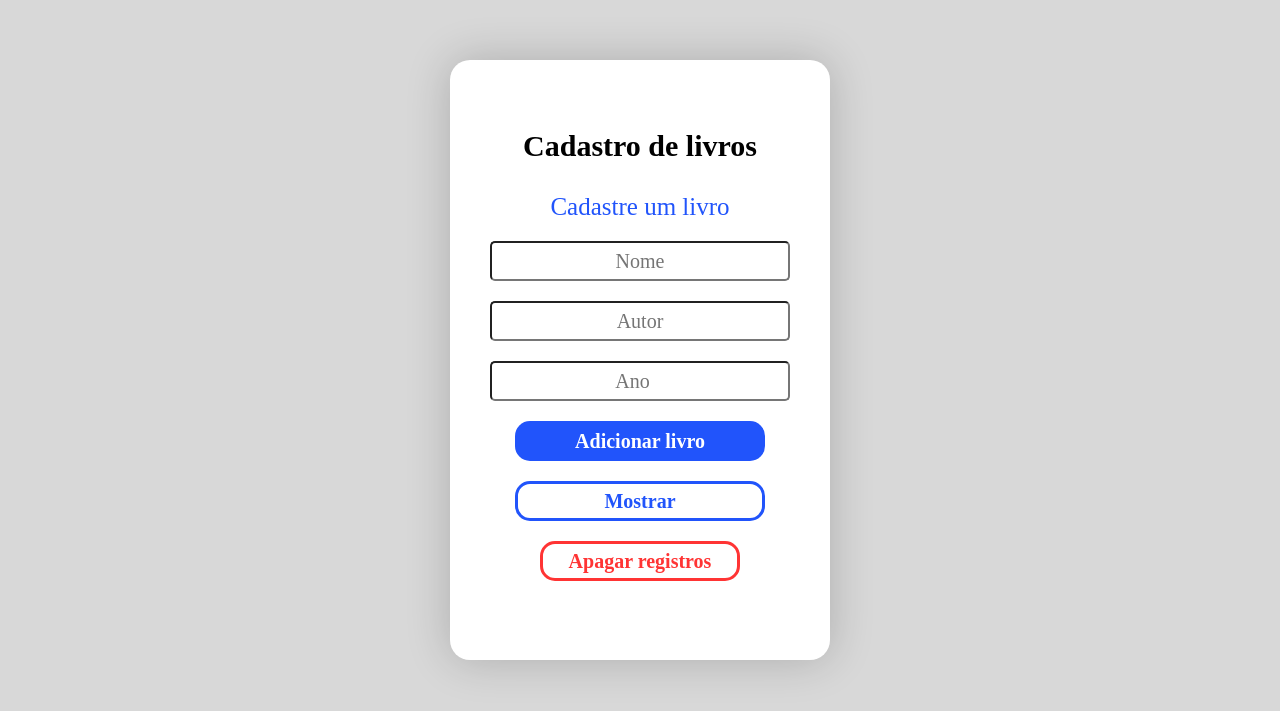
Repository: Matheus904-12/JS-BIN
Page: index.html
An editor plug-in stored every save of this project. The page is shown before and after the next save, followed by the edit.
The browser window is 1280 px wide. The pictures show the whole page.

Above is the page before, as saved 2023-09-10 21:03:27.
Not found: font/Poppins-Bold.ttf
Not found: font/Poppins-Light.ttf

### index.html
<!DOCTYPE html>
<html lang="pt-br">

<head>
    <meta charset="UTF-8">
    <meta name="viewport" content="width=device-width, initial-scale=1.0">
    <title>Biblioteca</title>
    <link rel="stylesheet" href="style.css">
</head>

<body>
    <section class="alinhar">
        <h1 class="titulo">Cadastro de livros</h1>
        <p class="titulo" id="result">Cadastre um livro</p>
        <input class="container form txt" id="nomeLivro" placeholder="Nome" type="text">
        <input class="container form txt" id="autorLivro" placeholder="Autor" type="text">
        <input class="container form txt" id="anoLivro" placeholder="Ano" type="number">
        <button class="container botao txt" id="adiciona">
            Adicionar livro
        </button>
        <button class="container botao txt" id="exibir">
            Mostrar
        </button>
        <button class="container botao txt" id="remover">
            Apagar registros
        </button>
    </section>

    <section class="livros-box">
        <div id="livros">

        </div>
    </section>

    <section id="detalhesFundo">
        <div class="exibicao">
            <section class="carrossel">
                <img id="carrosselImagem" src="" alt="livros">
                <div class="botaoCarrossel">
                    <button class="container botao txt" id="anterior">Anterior</button>
                    <button class="container botao txt" id="proximo">Próxima</button>
                </div>
            </section>
        </div>
        <section class="detalhes">
            <h1 class="titulo" id="detalhesLivro"></h1>
            <p class="txt" id="detalhesAutor"></p>
            <p class="txt" id="detalhesAno"></p>
        </section>
    </section>

    <script src="script.js"></script>
</body>

</html>

### style.css
/* reset */
* {
    margin: 0;
    padding: 0;
    box-sizing: border-box;
}
/* fim reset */
/* background */
body {
    display: flex;

    width: 100vw;
    height: 100vh;

    align-items: center;
    justify-content: center;

    background-color: #d8d8d8;
}

.alinhar {
    display: flex;
    margin: 25px;

    flex-direction: column;

    align-items: center;
    justify-content: center;

    padding: 30px;
    height: 600px;

    border-radius: 20px;

    background-color: #fff;
    box-shadow: 0px 0px 45px rgba(0, 0, 0, 0.2);
}

.container {
    margin: 10px;
}
/* fim background */
/* forms */
.form {
    display: flex;

    width: 300px;
    height: 40px;

    align-items: center;
    justify-content: center;

    text-align: center;
    font: 400 20px solid;

    border-radius: 5px;
}

.botao {
    display: flex;

    color: #000000;
    font: 600 20px solid;

    width: 250px;
    height: 40px;

    align-items: center;
    justify-content: center;

    border-radius: 15px;

    transition: 500ms;
}

.botao:hover {
    transform: scale(1.1);
}

#adiciona {
    background-color: #2154fb;
    color: #fff;
    border: none;
}

#exibir {
    background: none;
    border: 3px solid #2154fb;
    color: #2154fb;
}

#remover {
    background: none;
    border: 3px solid #ff3434;
    color: #ff3434;

    width: 200px;
}

#result {
    margin: 10px 0px;

    color: #2154fb;
    font-size: 25px;
}

/* fim forms */
/* texto */
@font-face {
    font-family: "poppinsTitulo";
    src: url(font/Poppins-Bold.ttf);
}

@font-face {
    font-family: "poppinsTxt";
    src: url(font/Poppins-Light.ttf);
}

.titulo {
    font-family: "poppinsTitulo";

    font-size: 30px;
    margin-bottom: 20px;
}

.txt {
    font-family: "poppinsTxt";
}
/* fim texto */



/* CARROSEL */
/* fundo */
#detalhesFundo {
    display: none;
    margin: 25px;

    padding: 30px;
    height: 600px;
    width: 800px;

    align-items: center;
    justify-content: space-around;

    border-radius: 20px;

    background-color: #fff;
    box-shadow: 0px 0px 45px rgba(0, 0, 0, 0.2);
}

.exibicao {
    display: flex;

    flex-direction: column;

    align-items: center;
    justify-content: center;
}

.detalhes {
    display: flex;

    flex-direction: column;

    width: 250px;
    height: 400px;
}
/* fim fundo */
/* botoes */
.carrossel {
    display: flex;

    justify-content: center;
    align-items: center;

    flex-direction: column;
}

.botaoCarrossel {
    display: flex;
    justify-content: space-around;

    margin: 10px 0px;
}

#anterior {
    background-color: #ff3434;
    color: #fff;

    width: 150px;

    border: none;
}

#proximo {
    background-color: #2154fb;
    color: #fff;

    border: none;

    width: 150px;
}
/* fim botoes */

/* img */
#carrosselImagem {
    display: flex;
    margin: 0;
    padding: 0;

    width: 300px;
    height: 400px;

    justify-content: center;
    align-items: center;
}
/* fim img */

### script.js
let biblioteca = [];
let carrosselIndex = 0;
let notifications = [];

function cadastro(nome, autor, ano, capa) {
    var livro = {
        nome: nome,
        autor: autor,
        ano: ano,
        capa: capa
    };
    biblioteca.push(livro);
    atualizarContador();
    mostrarLivros();
    startCarousel();
}

function adicionar() {
    let nome = document.getElementById('nomeLivro').value;
    let autor = document.getElementById('autorLivro').value;
    let ano = document.getElementById('anoLivro').value;
    let capa = document.getElementById('capaLivro').value;
    cadastro(nome, autor, ano, capa);
    showNotification('Livro adicionado com sucesso!', true);
}

function mostrarLivros() {
    const livrosDiv = document.getElementById('livros');
    livrosDiv.innerHTML = '';

    for (let i = 0; i < biblioteca.length; i++) {
        const livro = biblioteca[i];
        const livroDiv = document.createElement('div');
        livroDiv.classList.add('livro');

        const capaImg = document.createElement('img');
        capaImg.src = livro.capa;
        livroDiv.appendChild(capaImg);

        const nomeAutor = document.createElement('h3');
        nomeAutor.textContent = `Nome: ${livro.nome}, Autor: ${livro.autor}`;
        livroDiv.appendChild(nomeAutor);

        const ano = document.createElement('p');
        ano.textContent = `Ano: ${livro.ano}`;
        livroDiv.appendChild(ano);

        const btnDiv = document.createElement('div');
        const mostrarBtn = document.createElement('button');
        mostrarBtn.textContent = 'Mostrar';
        mostrarBtn.onclick = function () {
            console.log(`Nome: ${livro.nome}, Autor: ${livro.autor}, Ano: ${livro.ano}`);
        };
        btnDiv.appendChild(mostrarBtn);

        const apagarBtn = document.createElement('button');
        apagarBtn.textContent = 'Apagar';
        apagarBtn.onclick = function () {
            biblioteca.splice(i, 1);
            mostrarLivros();
            atualizarContador();
        };
        btnDiv.appendChild(apagarBtn);

        livroDiv.appendChild(btnDiv);

        livrosDiv.appendChild(livroDiv);
    }

    startCarousel(); // Iniciar o carrossel após atualizar os livros
}


function apagarLivros() {
    biblioteca = [];
    atualizarContador();
    mostrarLivros();
    console.log('Biblioteca apagada');
}

function atualizarContador() {
    const contador = document.getElementById('contadorLivros');
    if (biblioteca.length === 0) {
        contador.textContent = 'Cadastre um livro';
    } else {
        contador.textContent = `${biblioteca.length} livro${biblioteca.length === 1 ? '' : 's'} cadastrado${biblioteca.length === 1 ? '' : 's'}`;
    }
}

function showNotification(message, isSuccess) {
    const notificationCarousel = document.getElementById('notification-carousel');
    const newNotification = document.createElement('div');
    newNotification.textContent = message;
    newNotification.style.backgroundColor = isSuccess ? '#28a745' : '#dc3545';
    newNotification.classList.add('notification');
    notificationCarousel.appendChild(newNotification);

    notifications.push(newNotification);
    startNotificationCarousel();
}

function startNotificationCarousel() {
    let currentIndex = notifications.length - 1;
    notifications[currentIndex].style.transform = 'translateX(0)';

    setTimeout(() => {
        notifications[currentIndex].style.transform = 'translateX(100%)';

        setTimeout(() => {
            notifications[currentIndex].remove();
            notifications.splice(currentIndex, 1);
        }, 500);
    }, 3000);
}

function startCarousel() {
    const carrossel = document.getElementById('carrossel');
    carrossel.innerHTML = '';

    for (let i = 0; i < biblioteca.length; i++) {
        const livro = biblioteca[i];
        const capaDiv = document.createElement('div');
        capaDiv.classList.add('capa');
        capaDiv.style.backgroundImage = `url('${livro.capa}')`;

        carrossel.appendChild(capaDiv);
    }

    carrosselIndex = 0;
    showNextCarrosselItem();
}

function showNextCarrosselItem() {
    const carrossel = document.getElementById('carrossel');
    const capas = carrossel.querySelectorAll('.capa');

    if (capas.length > 0) {
        capas[carrosselIndex].style.opacity = '1';

        setTimeout(() => {
            capas[carrosselIndex].style.opacity = '0';
            carrosselIndex = (carrosselIndex + 1) % capas.length;
            showNextCarrosselItem();
        }, 3000); // Troca a cada 3 segundos (3000 milissegundos)
    }
}

After the next save:
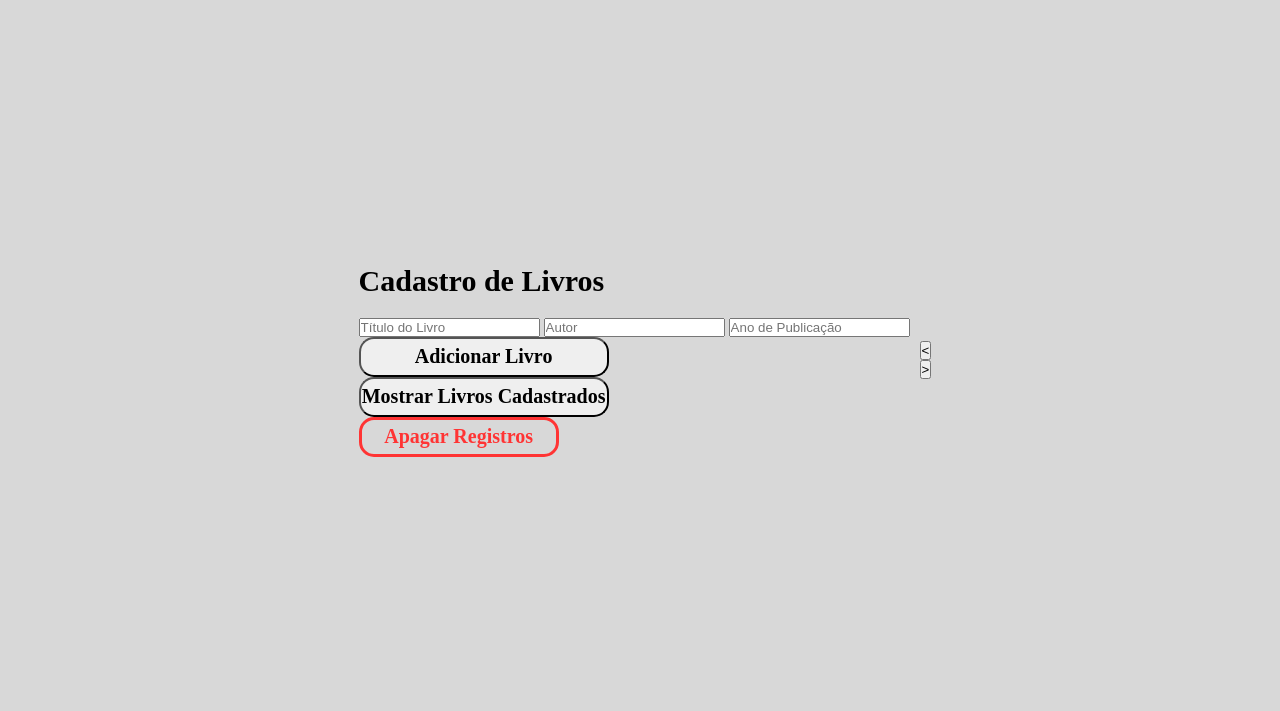
Saved 4 min 41 s later.
--- a/index.html
+++ b/index.html
@@ -9,44 +9,25 @@
 </head>
 
 <body>
-    <section class="alinhar">
-        <h1 class="titulo">Cadastro de livros</h1>
-        <p class="titulo" id="result">Cadastre um livro</p>
-        <input class="container form txt" id="nomeLivro" placeholder="Nome" type="text">
-        <input class="container form txt" id="autorLivro" placeholder="Autor" type="text">
-        <input class="container form txt" id="anoLivro" placeholder="Ano" type="number">
-        <button class="container botao txt" id="adiciona">
-            Adicionar livro
-        </button>
-        <button class="container botao txt" id="exibir">
-            Mostrar
-        </button>
-        <button class="container botao txt" id="remover">
-            Apagar registros
-        </button>
+    <section class="container">
+        <h1 class="titulo">Cadastro de Livros</h1>
+        <div class="formulario">
+            <input class="input" id="nome" placeholder="Título do Livro" type="text">
+            <input class="input" id="autor" placeholder="Autor" type="text">
+            <input class="input" id="ano" placeholder="Ano de Publicação" type="number">
+            <button class="botao" id="adicionar">Adicionar Livro</button>
+        </div>
+        <div class="botoes">
+            <button class="botao" id="mostrar">Mostrar Livros Cadastrados</button>
+            <button class="botao" id="remover">Apagar Registros</button>
+        </div>
+        <div id="information" class="informacao"></div>
     </section>
 
-    <section class="livros-box">
-        <div id="livros">
-
-        </div>
-    </section>
-
-    <section id="detalhesFundo">
-        <div class="exibicao">
-            <section class="carrossel">
-                <img id="carrosselImagem" src="" alt="livros">
-                <div class="botaoCarrossel">
-                    <button class="container botao txt" id="anterior">Anterior</button>
-                    <button class="container botao txt" id="proximo">Próxima</button>
-                </div>
-            </section>
-        </div>
-        <section class="detalhes">
-            <h1 class="titulo" id="detalhesLivro"></h1>
-            <p class="txt" id="detalhesAutor"></p>
-            <p class="txt" id="detalhesAno"></p>
-        </section>
+    <section class="carrossel">
+        <button class="seta" id="ante">&lt;</button>
+        <div id="livros" class="livros-box"></div>
+        <button class="seta" id="prox">&gt;</button>
     </section>
 
     <script src="script.js"></script>
